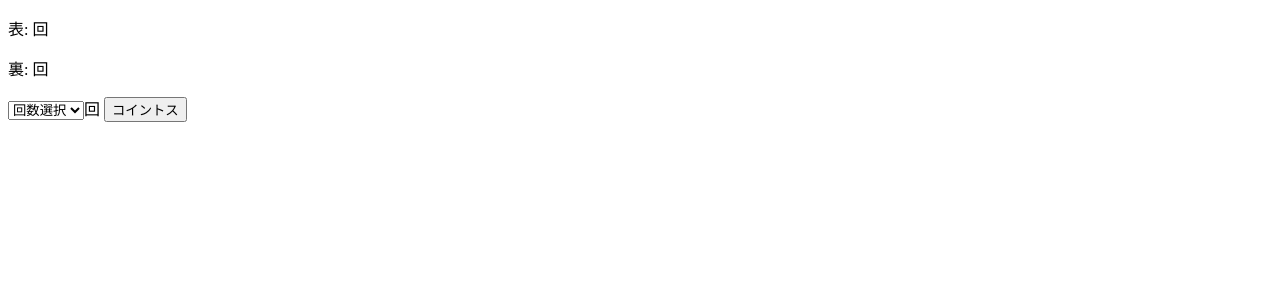
Repository: tppei/PHP
Page: http://localhost/htdocs/php08/practice_loop_elementary.php
The author's editor kept a record of every edit. The page is drawn from the files as they stood at one moment, then again after the next edit.
The browser window is 1280 px wide. The pictures show the whole page.
The page is run by PHP 8.4 with error messages shown; the project is at /var/www/html/.

Above is the page before.

After the next edit:
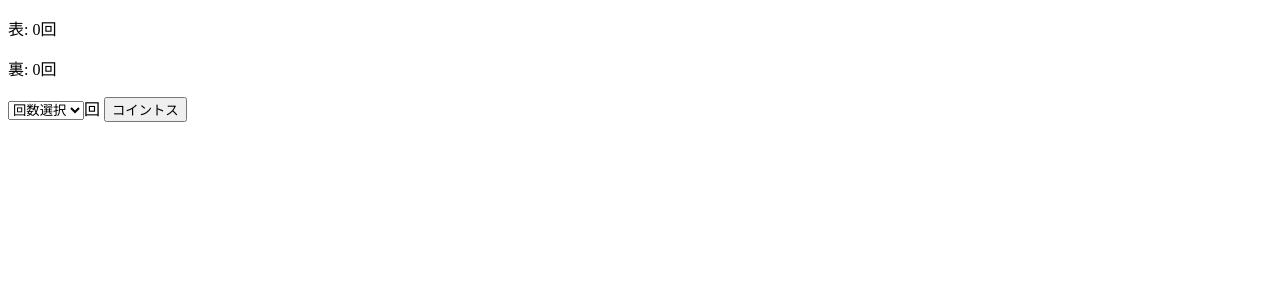
The edit:
--- a/htdocs/php08/practice_loop_elementary.php
+++ b/htdocs/php08/practice_loop_elementary.php
@@ -25,8 +25,8 @@
 <body>
     <article id="wrap">
         <section>
-            <p>表: <?php $front?>回</p>
-            <p>裏: <?php $back?>回</p>
+            <p>表: <?php print $front?>回</p>
+            <p>裏: <?php print $back?>回</p>
         </section>
         <form method="post">
             <select name="number">
